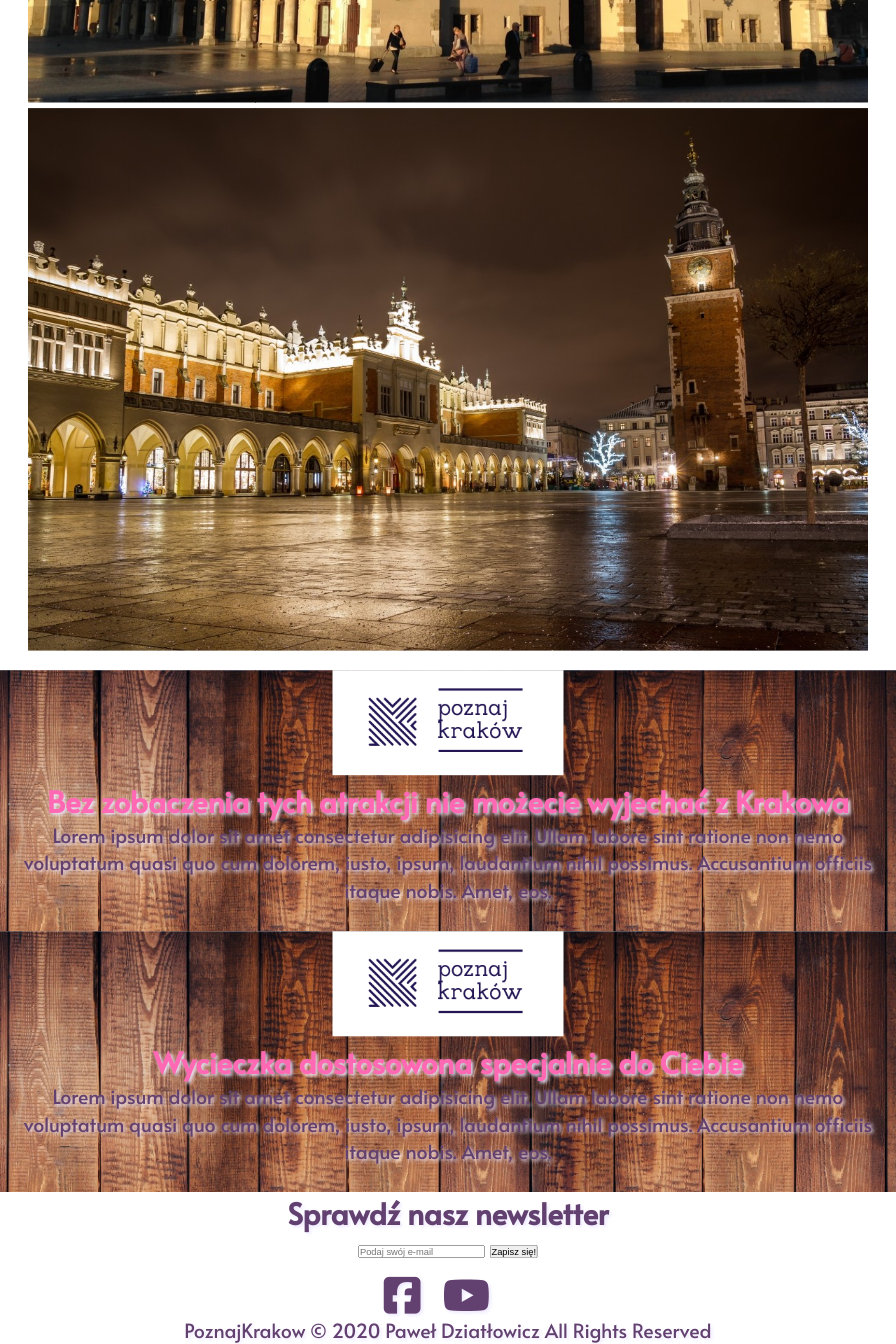
Repository: DZIALEK/projekt1
Page: projekt1.html
These files come from the project's save history. The page is drawn as it stood at one moment and after the next save; the edit follows.
The browser window is 1280 px wide. The pictures show the part of the page from y = 2828 to 4748 px (the page is 4748 px tall), at 70% of full size.
Some icons come from a web library that is not loaded, so they are not drawn. A picture or video elsewhere on the page could not be fetched, so the positions and the page height are approximate. Some web libraries are served in a nearby version.

Above is the page before, as saved 2020-07-15 00:58:07.

### projekt1.html
<!DOCTYPE html>
<html lang="pl=pl">
<head>
    <meta charset="UTF-8">
    <meta name="viewport" content="width=device-width, initial-scale=1.0">
    <title>Poznaj Kraków</title>
    <link rel="stylesheet" href="projekt1.css">
    <script src="https://kit.fontawesome.com/47e99c0280.js" crossorigin="anonymous"></script>
 </head>
<body>
    <header>
        <video autoplay muted loop id="video_header">
            <source src="dodatki/cracow_movie_lc.mp4">
        </video>
        <div class="logo">
            <a href="#">
                <img src="dodatki/logo_L.png" alt="Tutaj jest logo Poznaj Kraków">
            </a>
        </div>
        <div class="top">
            <h1>Poznaj Kraków</h1>
            <p>Od 1989r. skutecznie zarażamy miłością do Krakowa</p>
            <a href="#">SPRAWDŹ NAS!</a>
        </div>
        <nav>
            <ul>
                <li><a href="#">START</a></li>
                <li><a href="#">CO ZWIEDZAĆ</a></li>
                <li><a href="#">WYCIECZKI</a></li>
                <li><a href="#">CENNIK</a></li>
                <li><a href="#">O NAS</a></li>
            </ul>
        </nav>
    </header>
    <main>
        <section class="section-welcome">
            <h1 class="section-header">
               Witaj na naszej stronie !
            </h1>
            <img src="dodatki/foto3.jpg" alt="Tutaj jest zdjęcie Krakowa1">
            <img src="dodatki/foto2.jpg" alt="Tutaj jest zdjęcie Krakowa2">
        </section>
        <section class="section-welcome2">
            <img src="dodatki/foto1.jpg" alt="Tutaj jest zdjęcie Krakowa3">
            <img src="dodatki/foto4.jpg" alt="Tutaj jest zdjęcie Krakowa4">
        </section>
        <section class="section-best">
            <div class="section-best-img"></div>
            <img src="dodatki/logo_L.png" alt="">
            <h2>Bez zobaczenia tych atrakcji nie możecie wyjechać z Krakowa</h2>
            <p>Lorem ipsum dolor sit amet consectetur adipisicing elit. Ullam labore sint ratione non nemo voluptatum quasi quo cum dolorem, iusto, ipsum, laudantium nihil possimus. Accusantium officiis itaque nobis. Amet, eos.</p>
            </div>
        </section>
        <section class="section-best2">
            <div class="section-best2-img">
            <img src="dodatki/logo_L.png" alt="">
            <h2>Wycieczka dostosowona specjalnie do Ciebie</h2>
            <p>Lorem ipsum dolor sit amet consectetur adipisicing elit. Ullam labore sint ratione non nemo voluptatum quasi quo cum dolorem, iusto, ipsum, laudantium nihil possimus. Accusantium officiis itaque nobis. Amet, eos.</p>
            </div>
        </section>
    <!-- zrobić wyczieczkę typu: Krakowianie ich znienawidzili wycieczka 5dni w okół Krakowa -->
    <section class="section-newsletter">
    <div class="newsteletter-wrapper">
        <h2>Sprawdź nasz newsletter</h2>
        <form action="" method="">
            <input type="email" placeholder="Podaj swój e-mail">
            <button type="submit">Zapisz się!</button>
        </form>
    </div>
    <div class="social-media">
        <a href="#"><i class="fab fa-facebook-square"></i></a>
        <a href="#"><i class="fab fa-youtube"></i></a>
        <a href="#"><i class="fab fa-tripadvisor"></i></a>
    </div>
    </section>

    </main>

    <footer>
        PoznajKrakow &copy; 2020 Paweł Dziatłowicz All Rights Reserved
    </footer>
</body>
</html>

### projekt1.css
@import url('http://fonts.googleapis.com/css?family=Alata&subset=latin,latin-ext');

* {
    margin: 0;
    padding: 0;
    box-sizing: border-box;
}

html{
    scroll-behavior: smooth;
  }

body {
    background-color: #FFFFFF;
    color: #62406F; text-shadow: #EEE8FF 0.1em 0.1em 0.2em;
    /* CDCCCC */
    font-family: 'Alata', sans-serif;
    font-size: 28px;
    width: 100%;
}

a {
    text-decoration: none;
}

section {
    text-align: center;
}

footer {
    text-align: center;
}

img {
    max-width: 100%;
}

div {
    width: 100%;
    height: 100%;
}

#video_header {
    min-width: 100%;
    min-height: 100%;
    position: relative;
    bottom: 0;
    right: 0;
}

.logo {
    position: fixed;
    top: 10px;
    left: 85%;
    width: 100%;
}

.logo img {
    width: 120px;
}

.top h1 {
    position: absolute;
    left: 50%;
    top: 30%;
    transform: translate(-50%, -50%);
    font-size: 100px;
}

.top h1~p {
    position: absolute;
    left: 50%;
    top: 45%;
    margin-top: 20px;
    transform: translate(-50%, -50%);
    font-size: 30px;
}

.top h1~a {
    position: absolute;
    left: 50%;
    top: 55%;
    transform: translate(-50%, -50%);
    text-align: center;
    border: 2px solid #d6caf8;
    padding: 10px 15px;
    font-size: 40px;
}

nav {
    box-shadow: 1px 1px 1px 1px #352564;
}

nav ul {
    list-style-type: none;
    width: 100%;
}

nav li {
    position: relative;
    text-align: center;
}

nav a {
    transition: 0.5s;
}

nav a:hover {
    color: #c386cf;
    text-shadow: 0 0 0.1em #271B2B, 0 0 0.1em #271B2B, 0 0 0.1em #271B2B;
    /* text-shadow: #271B2B 0.1em 0.1em 0.1em; */
    /* #EEE8FF  */
}

.section-welcome {
    position: relative;
    top: 50px;
    margin-bottom: 50px;
}

.section-welcome h1 {
    margin-bottom: 60px;
    font-size: 40px;
    color: greenyellow;
     font-weight: 100;
}

.section-welcome2 {
    position: relative;
    margin: 20px auto;
}

.section-best {
    position: relative;
    margin: 0px auto;
    background-image: url(/dodatki/bg1.jpg);
    background-size: cover;
}

.section-best-img {
    width: 100%;
}


.section-best h2 {
    color: hotpink;
}

.section-best p {
    padding-bottom: 40px;
}

.section-best2 {
    position: relative;
    margin: 0px auto;
    background-image: url(/dodatki/bg1.jpg);
    background-size: cover;
}

.section-best2-img {
    width: 100%;
}


.section-best2 h2 {
    color: hotpink;
}

.section-best2 p {
    padding-bottom: 40px;
}

.social-media i {
    color: #62406F;
    text-align: center;
    margin-top: 20px;
    font-size: 60px;
    transition: 2s;
    letter-spacing: 25px;
}

.social-media i:hover {
    /* color: #ff792b; */
    opacity: 0.8;
    text-shadow: #b0b5fc 0.2em 0.2em 0.2em;
    transform: scale(1.1,1.1);
    transition-duration: 250ms;
    transition-timing-function: ease-out;
}

After the next save:
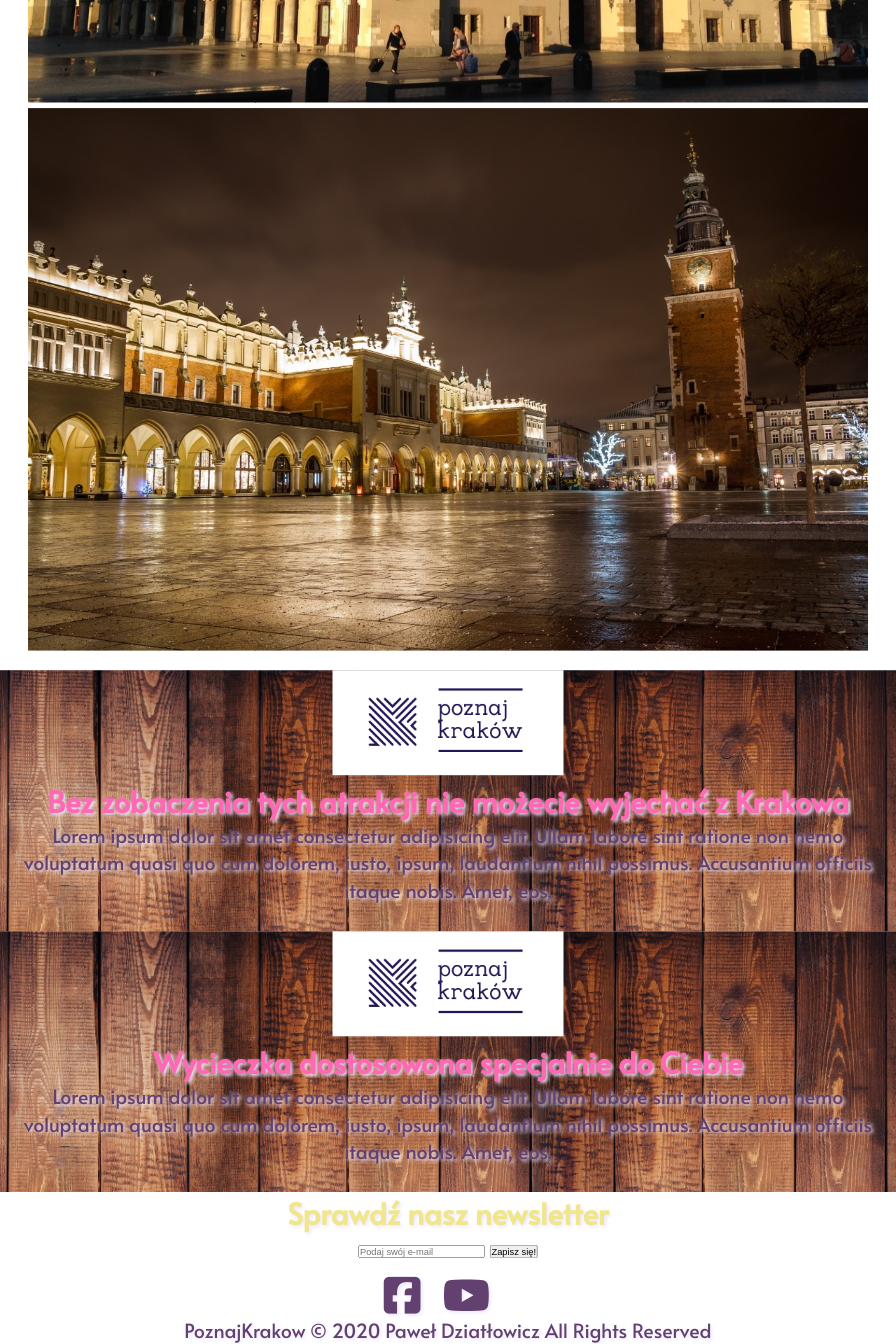
Saved 103 s later.
--- a/projekt1.css
+++ b/projekt1.css
@@ -187,3 +187,7 @@ nav a:hover {
     transition-duration: 250ms;
     transition-timing-function: ease-out;
 }
+
+.section-newsletter h2 {
+    color: khaki;
+}
